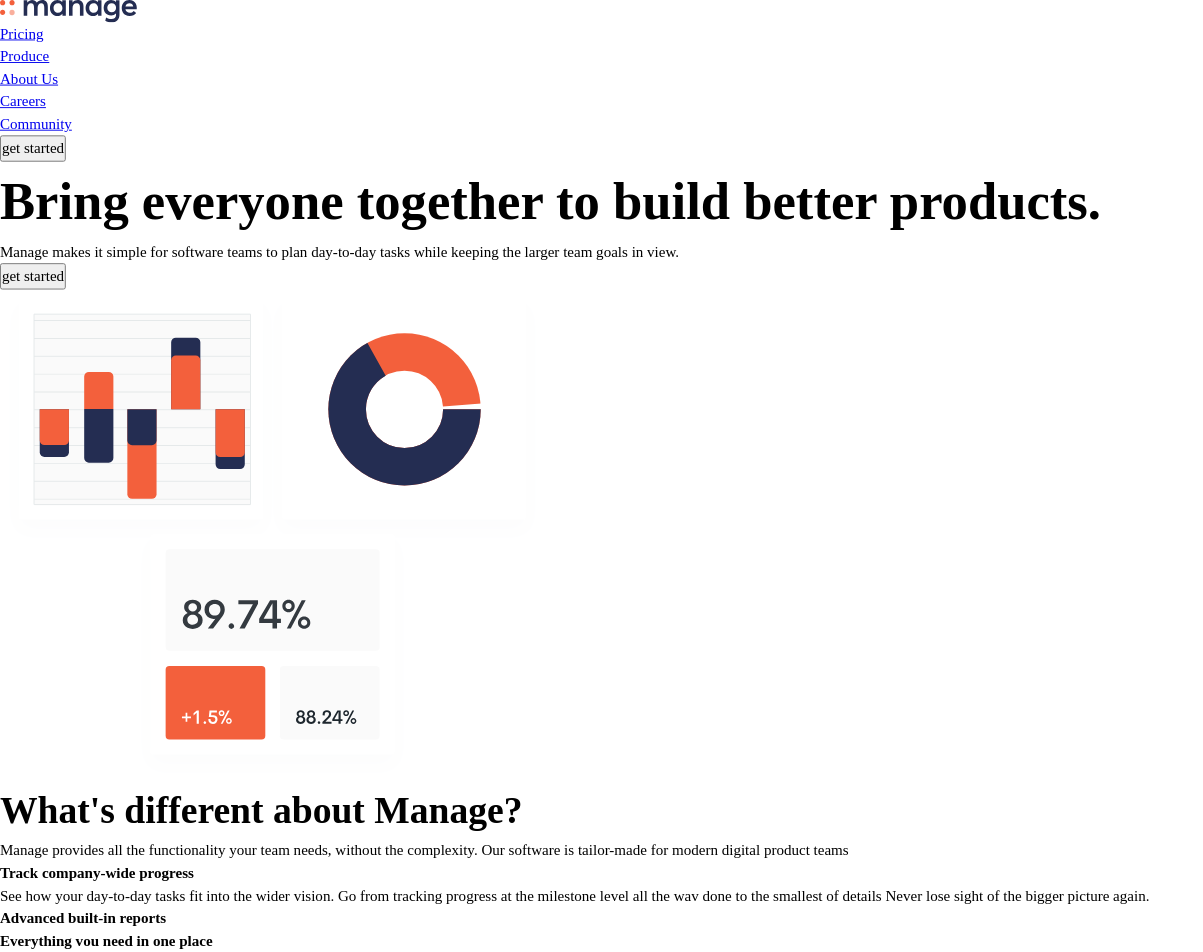
Repository: anthonybrown/website-practice
Page: index.html
An editor plug-in stored every save of this project. The page is shown before and after the next save, followed by the edit.
The browser window is 1280 px wide. The pictures show the whole page, at 94% of full size.

Above is the page before, as saved 2023-04-18 13:27:17.

After the next save:
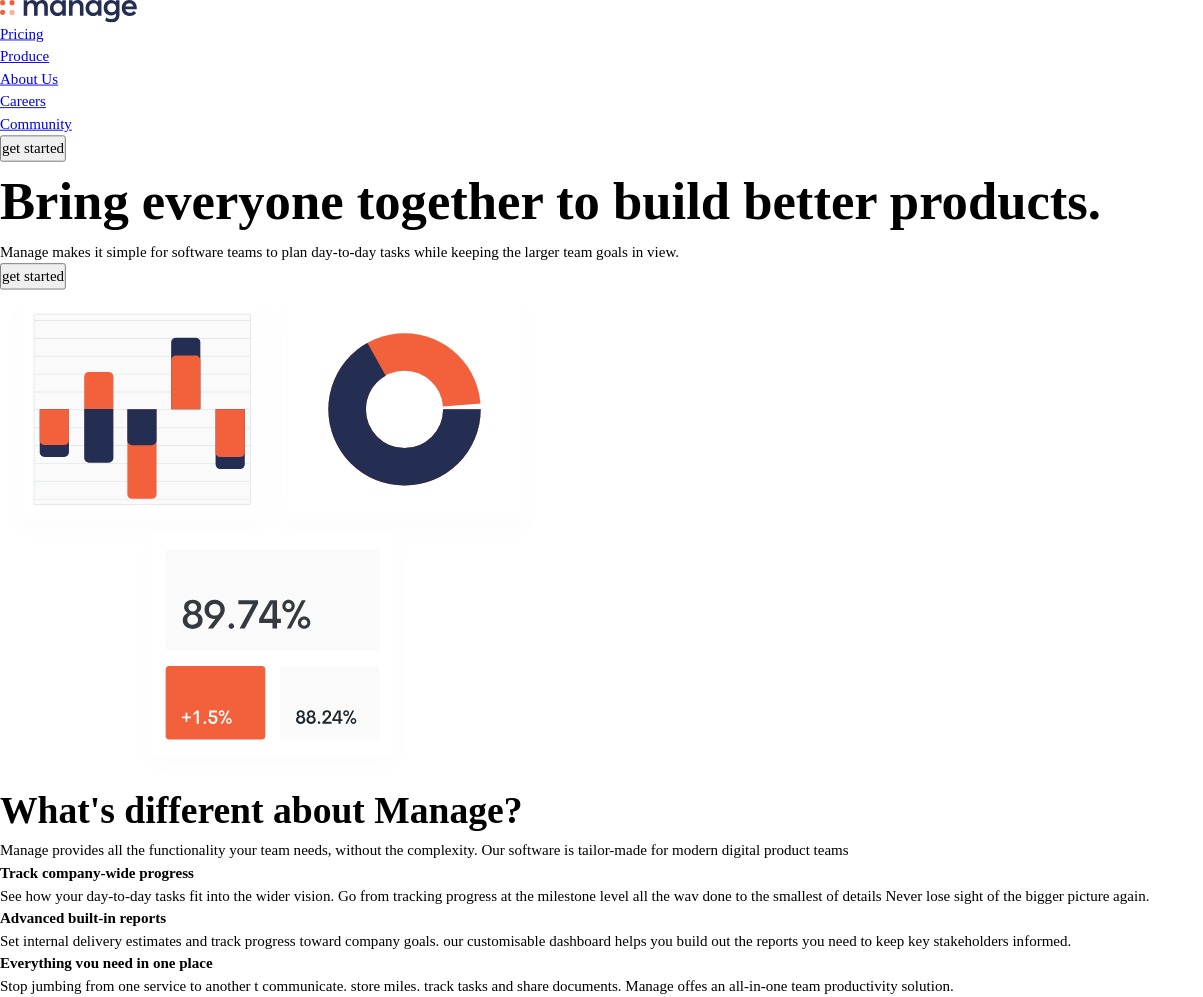
Saved 27 s later.
--- a/index.html
+++ b/index.html
@@ -75,11 +75,16 @@
               </li>
               <li>
                 <h3 class="fs-600 fw-bold">Advanced built-in reports</h3>
-                <p></p>
+                <p>
+                  Set internal delivery estimates and track progress toward company goals. our customisable dashboard
+                  helps you build out the reports you need to keep key stakeholders informed.
+                </p>
               </li>
               <li>
                 <h3 class="fs-600 fw-bold">Everything vou need in one place</h3>
-                <p></p>
+                <p>Stop jumbing from one service to another t communicate. store miles. track tasks and share documents.
+                  Manage offes an all-in-one team productivity solution.</p>
+
               </li>
             </ul>
           </div>
